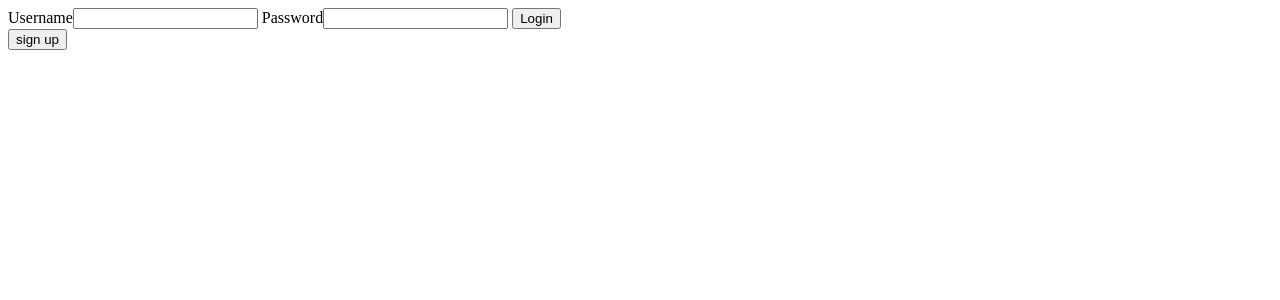
Repository: Strangeryoga/JSHS
Page: Servlet2/Form/src/main/webapp/new1.html
An editor plug-in stored every save of this project. The page is shown before and after the next save, followed by the edit.
The browser window is 1280 px wide. The pictures show the whole page.

Above is the page before, as saved 2023-06-07 05:21:34.

After the next save:
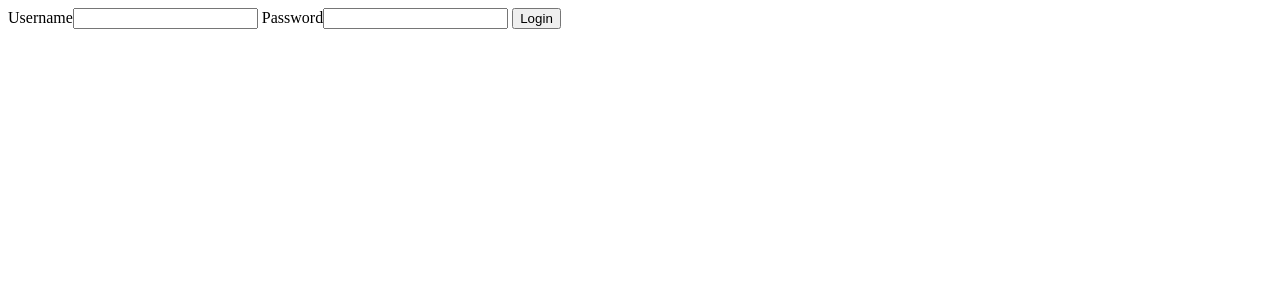
Saved 2 min 0 s later.
--- a/Servlet2/Form/src/main/webapp/new1.html
+++ b/Servlet2/Form/src/main/webapp/new1.html
@@ -6,7 +6,7 @@
 </head>
 <body>
 
-<form action="">
+<form action="lu" method="get">
 
 Username<input type="text">
 Password<input type="text">
@@ -16,9 +16,7 @@
 
 </form>
 
-<form action="su">
-<button>sign up</button>
-</form>
+
 
 </body>
 </html>
